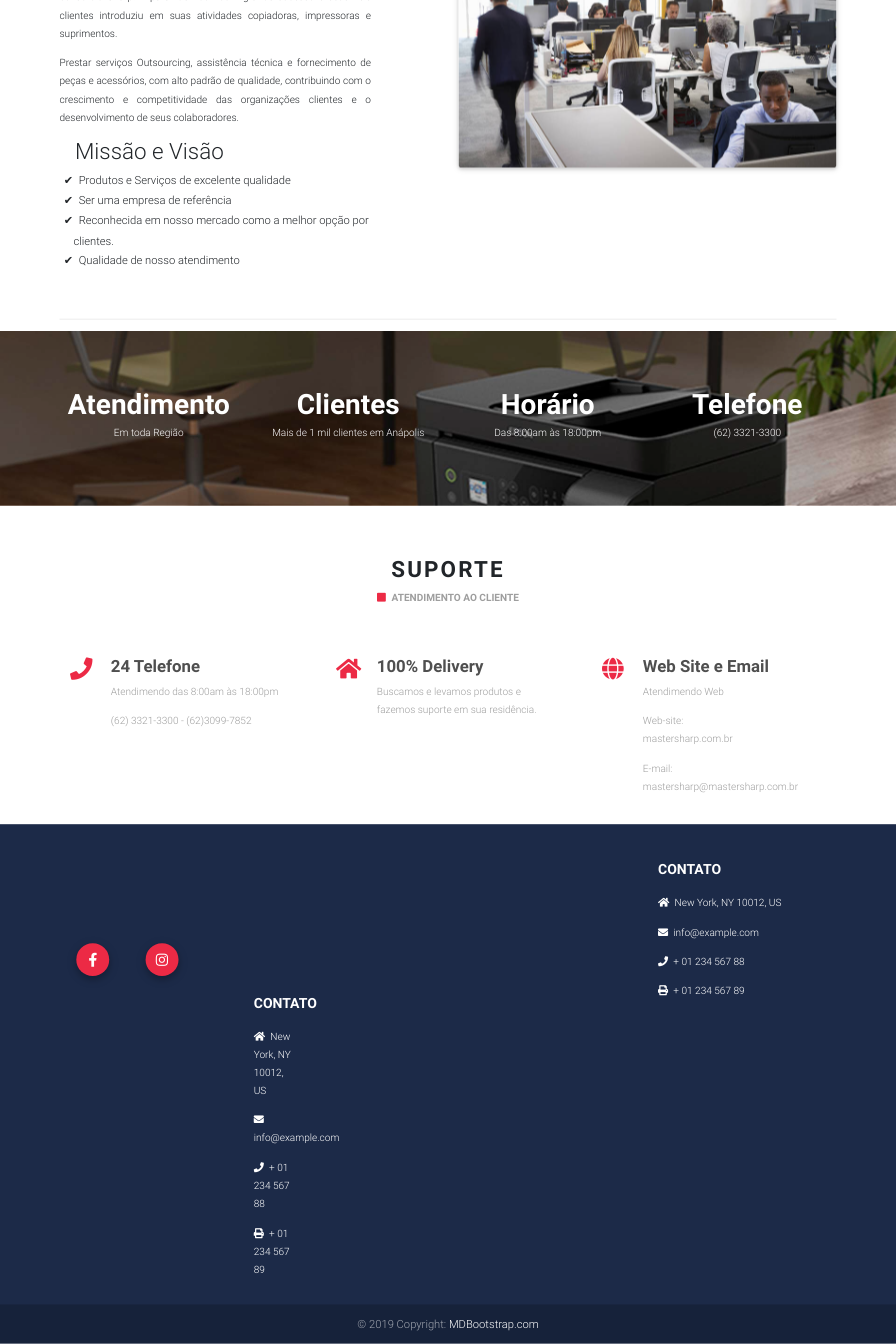
Repository: SalomaoMiguel/mastshap
Page: html/index.html
These files come from the project's save history. The page is drawn as it stood at one moment and after a run of saves; the edit follows.
The browser window is 1280 px wide. The pictures show the part of the page from y = 1668 to 3588 px (the page is 3588 px tall before and 3190 px after), at 70% of full size.
Some web libraries are served in a nearby version.

Above is the page before, as saved 2021-02-17 15:37:54.

After the next 7 saves:
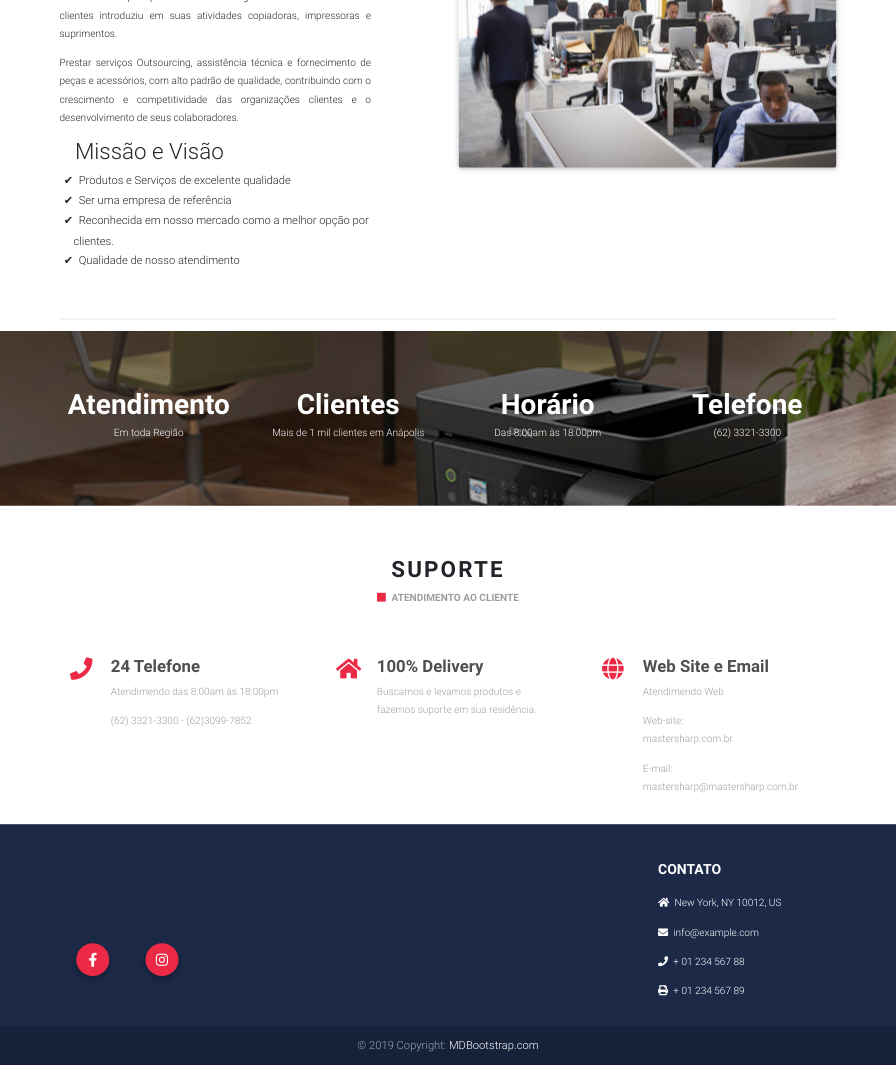
The 7 saves are shown as one change because they came seconds apart.
The last was saved 20 s later.
--- a/html/index.html
+++ b/html/index.html
@@ -399,7 +399,7 @@
             <!--Dribbble-->
             <a  href="https://www.instagram.com/master.sharp/" type="button" class="btn-floating ml-4 mr-4 btn-danger-2"><i class="fab fa-instagram"></i></a>
           </div>
-          <div class="col-lg-3 ml-lg-auto col-md-4 mt-3 mb-1 wow fadeIn" data-wow-delay="0.3s">
+          <div class="col-lg-3 ml-lg-auto col-md-4 mt-3 d-lg-none mb-1 wow fadeIn" data-wow-delay="0.3s">
             <!--Search-->
             <h5 class="text-uppercase mb-4 font-weight-bold">Contato</h5>
             <!--Info-->
